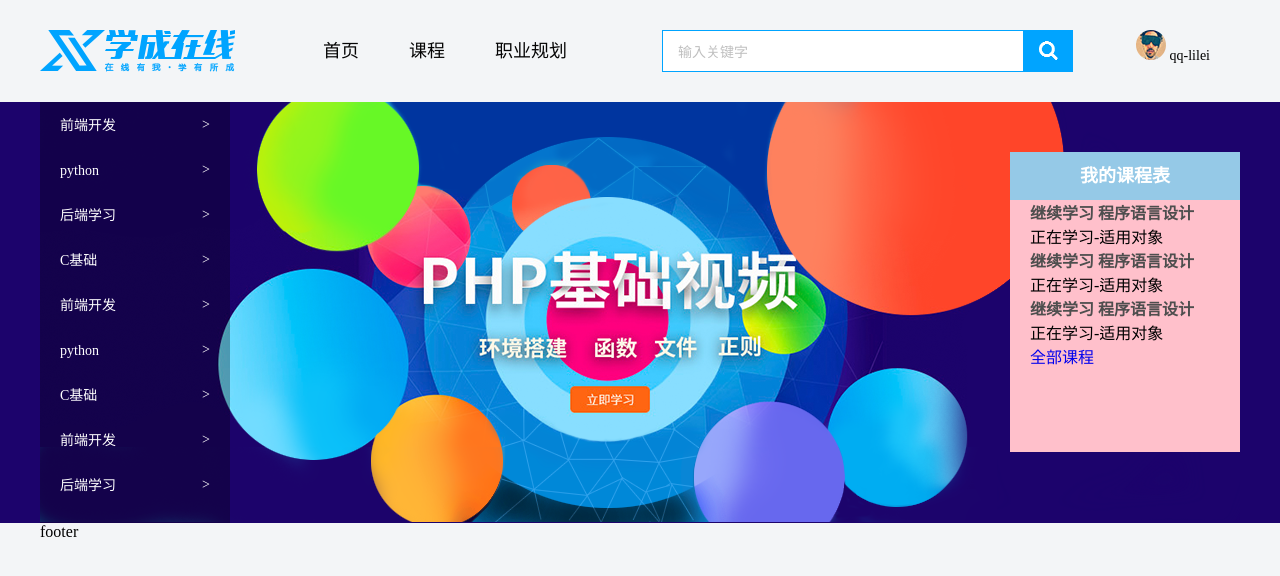
Repository: zhengdeya/web-based
Page: 39-学成在线/index.html
An editor plug-in stored every save of this project. The page is shown before and after the next save, followed by the edit.
The browser window is 1280 px wide. The pictures show the whole page.

Above is the page before, as saved 2021-04-15 15:07:58.

After the next save:
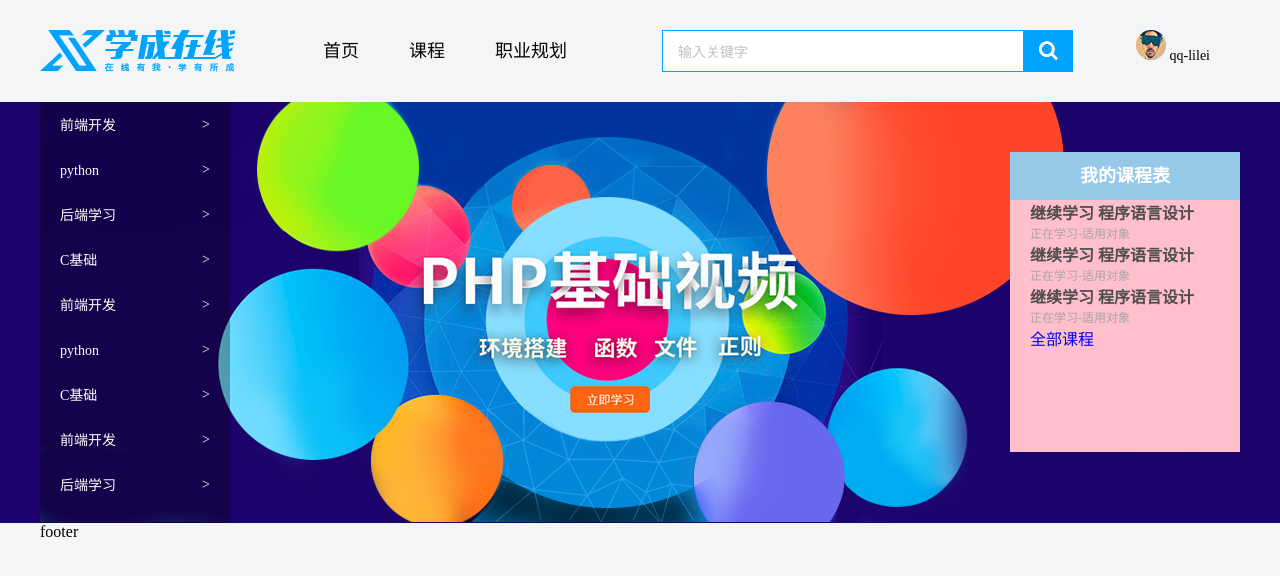
Saved 44 s later.
--- a/39-学成在线/style.css
+++ b/39-学成在线/style.css
@@ -164,6 +164,11 @@ a {
     color: #4e4e4e;
 }
 
+.course .content ul li p {
+    font-size: 12px;
+    color: #a5a5a5;
+}
+
 .footer {
     height: 42px;
 }
